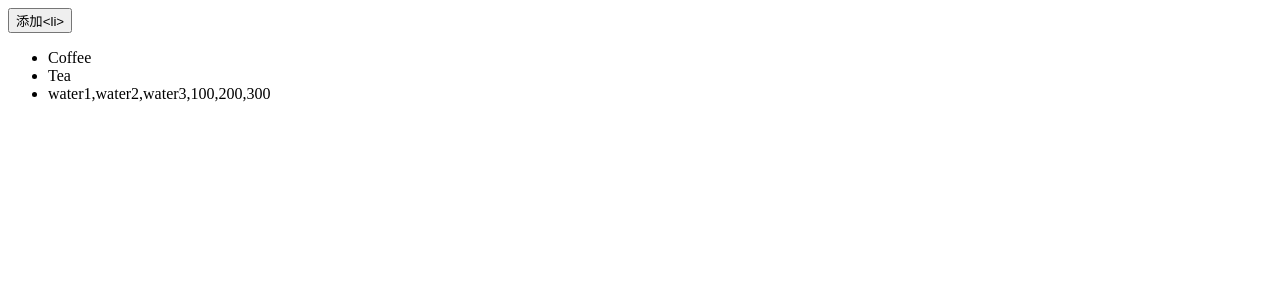
Repository: Jhin7782/HBuilder-Projects
Page: _src/frame/dom节点操作相关/1.新增节点2.html
The author's editor kept a copy of each file at every save. The page is drawn from the files as they stood at one save, then again after the next save.
The browser window is 1280 px wide. The pictures show the whole page.
After loading, the first visible `#addEle` was clicked once.

Above is the page before, as saved 2017-06-10 14:37:49.

### _src/frame/dom节点操作相关/1.新增节点2.html
<!DOCTYPE html>
<html>

	<head>
		<meta charset="utf-8" />
		<title></title>
		<script src="js/EleUtil.js" type="text/javascript" charset="utf-8"></script>
		<script src="js/EventUtil.js" type="text/javascript" charset="utf-8"></script>
	</head>

	<body>
		<button id="addEle">添加&lt;li&gt;</button>
		<ul class="myList">
			<li>Coffee</li>
			<li>Tea</li>
		</ul>

		<script>
			var addEle = document.getElementById("addEle");

			var arr = [
				"water1",
				"water2",
				"water3",
				100,
				200,
				300
			];
			var arr1 = [];
			EventUtil.addHandler(addEle, "click", function() {
				EleUtil.createEle("myList", "li", "drink-menu", "id", arr);
			});


			function myFunction() {
				var newItem = document.createElement("li");
				var textNode = document.createTextNode("Water");
				newItem.appendChild(textNode);
				list.insertBefore(newItem, list.childNodes[0]);
			}
		</script>
	</body>

</html>

### _src/frame/dom节点操作相关/js/EleUtil.js
var EleUtil = {
	createEle: function createEle(parentNode_className, ele_name, ele_className, ele_id, textNode, ele_src) {
		var parentNode_NL = document.getElementsByClassName(parentNode_className);
		for(var i = 0; i < parentNode_NL.length; i++) {
			var newEle = document.createElement(ele_name);
			if(ele_className) { //(undefined || "") == false
				newEle.className = ele_className;
			}
			if(ele_id) {
				var newEle_NL = document.getElementsByClassName(ele_className);
				console.log(newEle_NL.length);
				newEle["id"] = parentNode_className + "_" + ele_className + "_" + ele_name + newEle_NL.length;
			}
			if(textNode) {
				var textNode = document.createTextNode(textNode);
				newEle.appendChild(textNode);
			}
			if(ele_src) {
				newEle.src = ele_src;
			}
			parentNode_NL[i].appendChild(newEle);
			return newEle;
		}
	}
}

### _src/frame/dom节点操作相关/js/EventUtil.js
var EventUtil = {
	addHandler: function(element, type, handler) { //添加事件
		if(element.addEventListener) {
			element.addEventListener(type, handler, false); //使用DOM2级方法添加事件
		} else if(element.attachEvent) { //使用IE方法添加事件
			element.attachEvent("on" + type, handler);
		} else {
			element["on" + type] = handler; //使用DOM0级方法添加事件
		}
	},

	removeHandler: function(element, type, handler) { //取消事件
		if(element.removeEventListener) {
			element.removeEventListener(type, handler, false);
		} else if(element.detachEvent) {
			element.detachEvent("on" + type, handler);
		} else {
			element["on" + type] = null;
		}
	},

	getEvent: function(event) { //使用这个方法跨浏览器取得event对象
		return event ? event : window.event;
	},

	getTarget: function(event) { //返回事件的实际目标
		return event.target || event.srcElement;
	},

	preventDefault: function(event) { //阻止事件的默认行为
		if(event.preventDefault) {
			event.preventDefault();
		} else {
			event.returnValue = false;
		}
	},

	stopPropagation: function(event) { //立即停止事件在DOM中的传播
		//避免触发注册在document.body上面的事件处理程序
		if(event.stopPropagation) {
			event.stopPropagation();
		} else {
			event.cancelBubble = true;
		}
	},

	getRelatedTarget: function(event) { //获取mouseover和mouseout相关元素
		if(event.relatedTarget) {
			return event.relatedTarget;
		} else if(event.toElement) { //兼容IE8-
			return event.toElement;
		} else if(event.formElement) {
			return event.formElement;
		} else {
			return null;
		}
	},

	getButton: function(event) { //获取mousedown或mouseup按下或释放的按钮是鼠标中的哪一个
		if(document.implementation.hasFeature("MouseEvents", "2.0")) {
			return event.button;
		} else {
			switch(event.button) { //将IE模型下的button属性映射为DOM模型下的button属性
				case 0:
				case 1:
				case 3:
				case 5:
				case 7:
					return 0; //按下的是鼠标主按钮（一般是左键）
				case 2:
				case 6:
					return 2; //按下的是中间的鼠标按钮
				case 4:
					return 1; //鼠标次按钮（一般是右键）
			}
		}
	},

	getWheelDelta: function(event) { //获取表示鼠标滚轮滚动方向的数值
		if(event.wheelDelta) {
			return event.wheelDelta;
		} else {
			return -event.detail * 40;
		}
	},

	getCharCode: function(event) { //以跨浏览器取得相同的字符编码，需在keypress事件中使用
		if(typeof event.charCode == "number") {
			return event.charCode;
		} else {
			return event.keyCode;
		}
	}

};

After the next save:
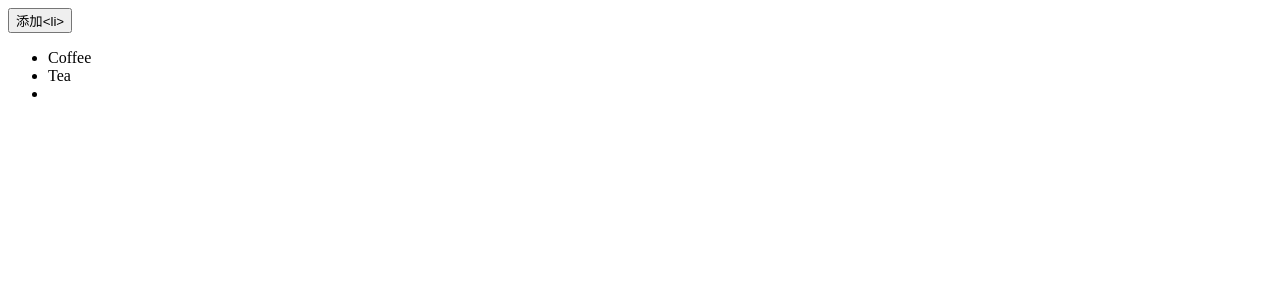
Saved 2 s later.
--- a/_src/frame/dom节点操作相关/1.新增节点2.html
+++ b/_src/frame/dom节点操作相关/1.新增节点2.html
@@ -28,7 +28,7 @@
 			];
 			var arr1 = [];
 			EventUtil.addHandler(addEle, "click", function() {
-				EleUtil.createEle("myList", "li", "drink-menu", "id", arr);
+				EleUtil.createEle("myList", "li", "drink-menu", "id", arr1);
 			});
 
 
